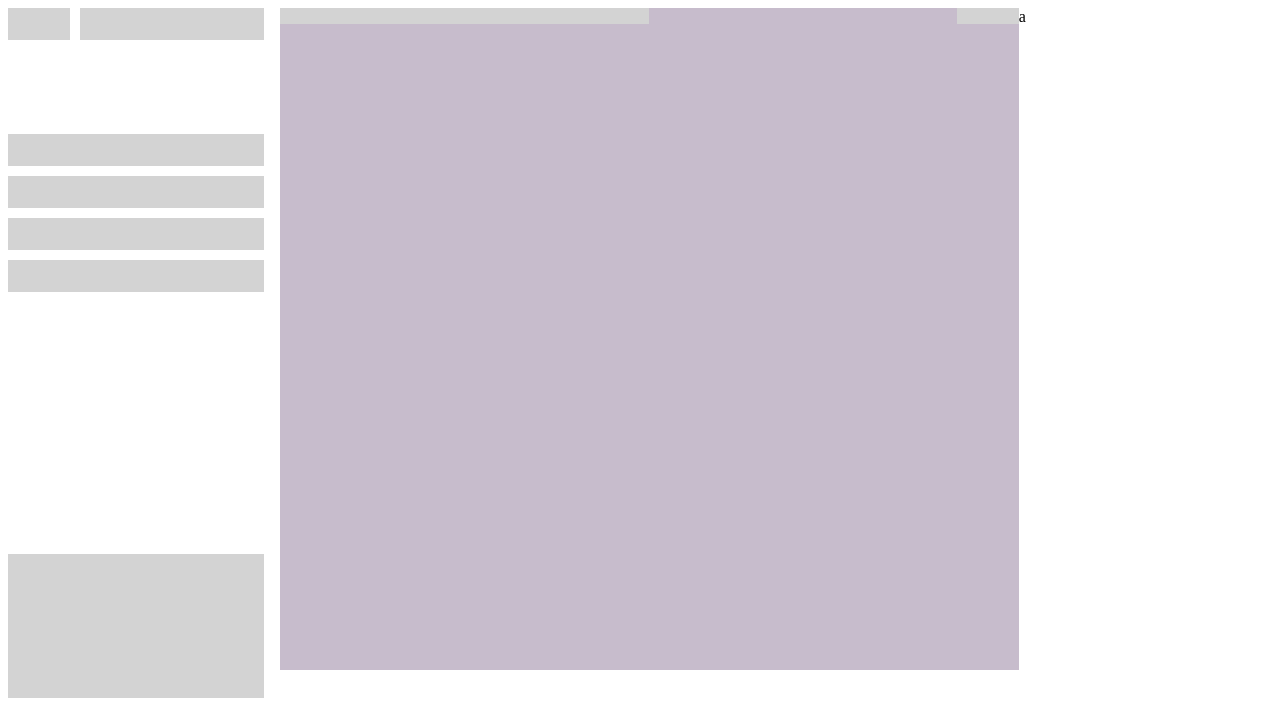
Repository: tr2cky/exercise2
Page: index.html
These files come from the project's save history. The page is drawn as it stood at one moment and after the next save; the edit follows.
The browser window is 1280 px wide. The pictures show the whole page.

Above is the page before, as saved 2022-10-01 11:54:02.

After the next save:
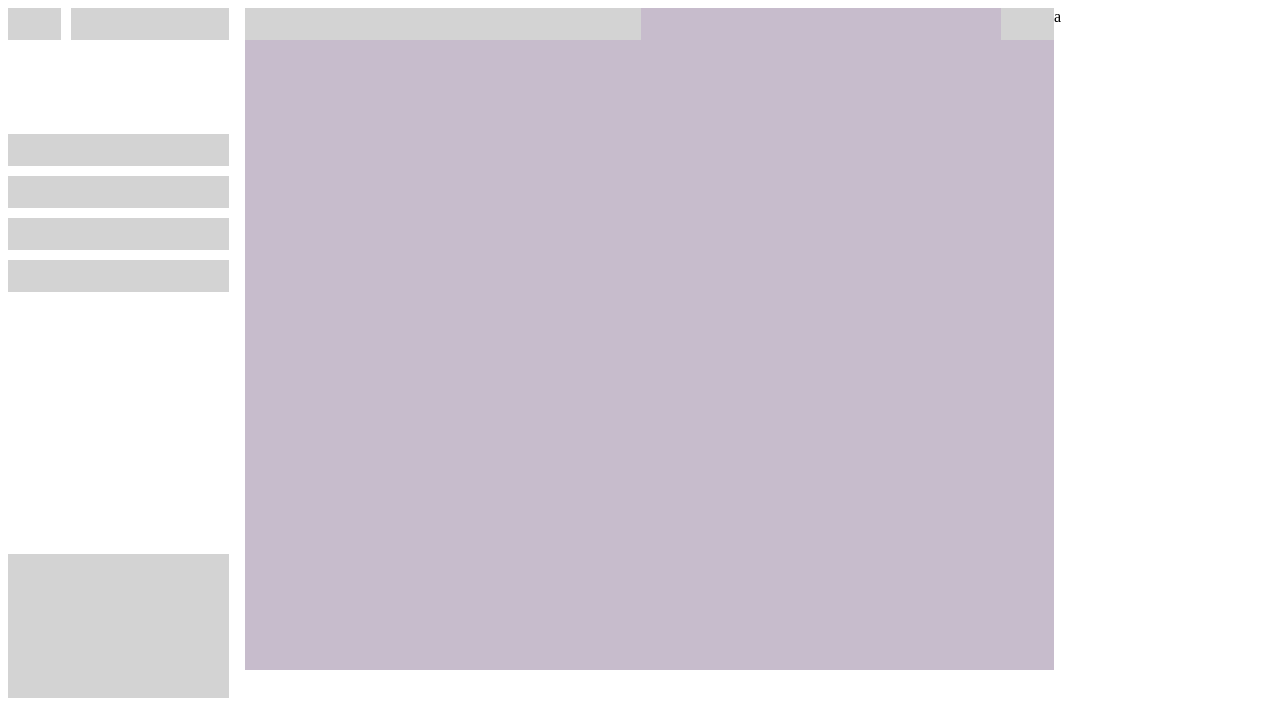
Saved 58 s later.
--- a/style.css
+++ b/style.css
@@ -8,7 +8,8 @@ main {
     background-color: rgb(199, 188, 204);
     display: grid;
     grid-template-columns: repeat(12, 1fr);
-    grid-auto-rows: 1em;
+    grid-auto-rows: 2em;
+    grid-gap: 1em;
 }
 .side1 {
     flex-grow: 1;
